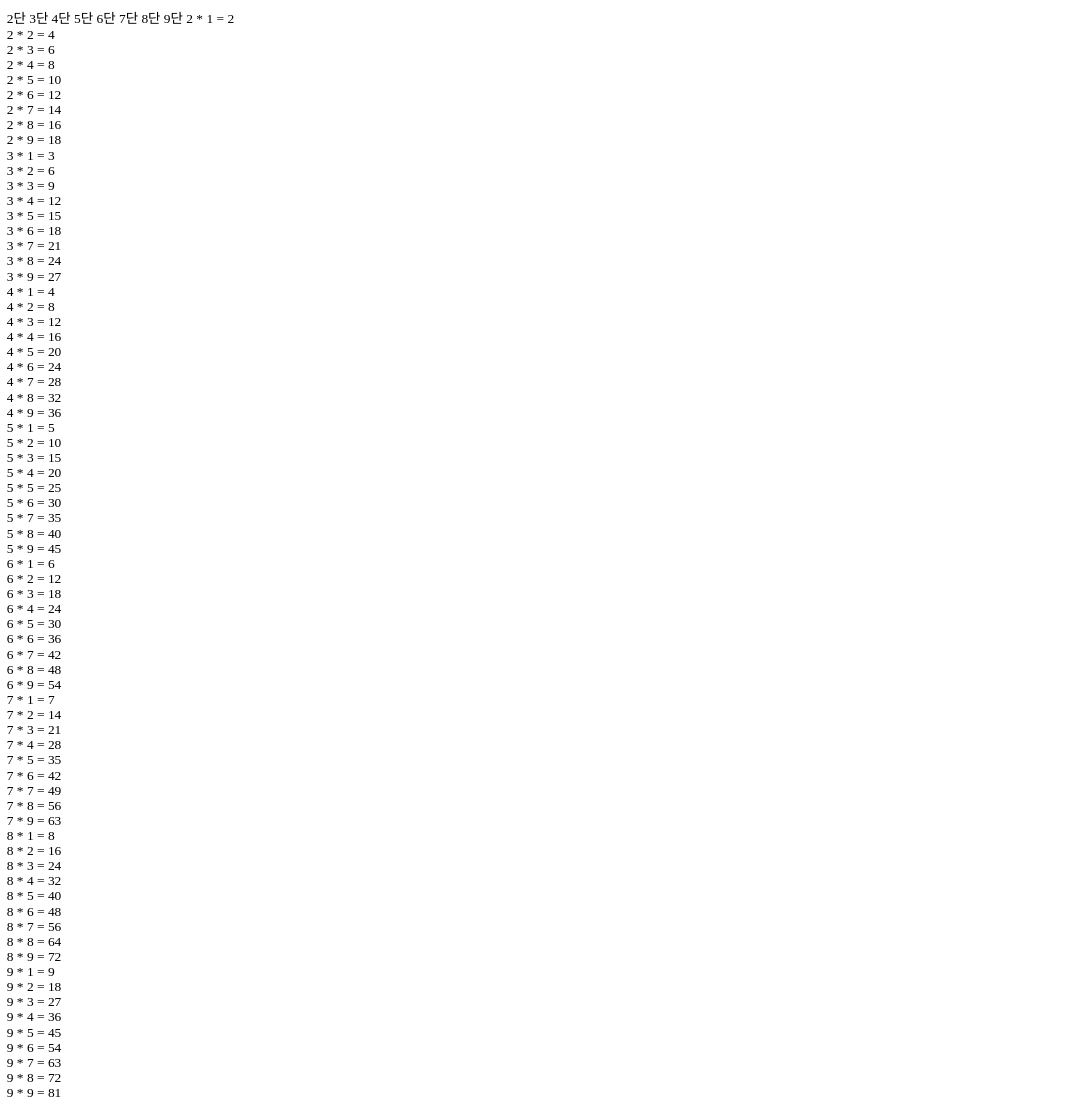
Repository: SongHyeSun/JSP
Page: http://localhost/och04/for02.jsp
An editor plug-in stored every save of this project. The page is shown before and after the next save, followed by the edit.
The browser window is 1280 px wide. The pictures show the whole page, at 84% of full size.
The page is served by Tomcat 9.

Above is the page before, as saved 2024-07-11 01:52:46.

After the next save:
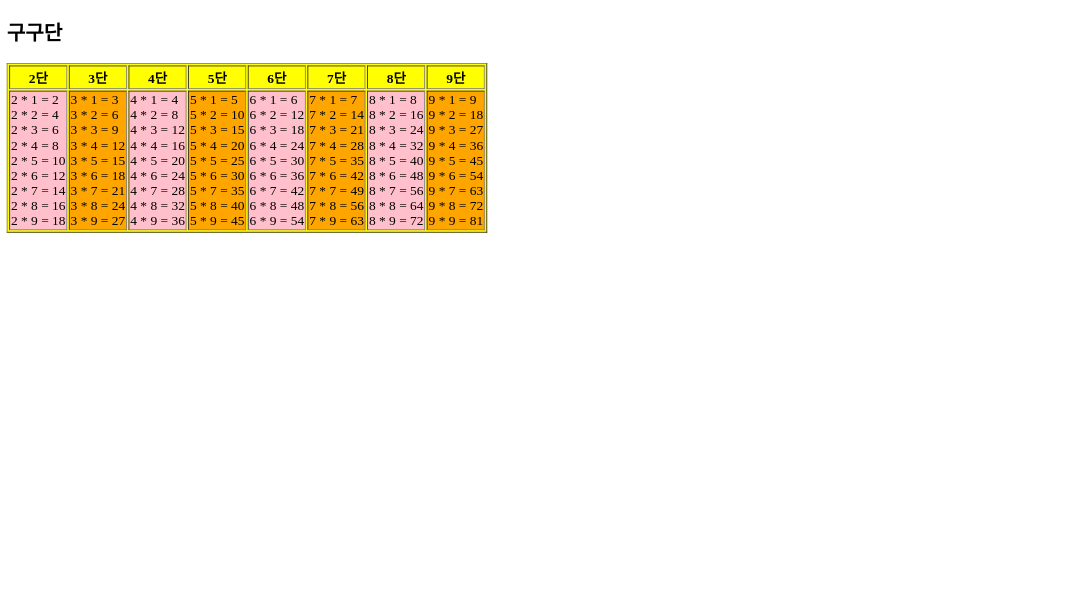
Saved 13 min 29 s later.
--- a/jspSrc17/och04/src/main/webapp/for02.jsp
+++ b/jspSrc17/och04/src/main/webapp/for02.jsp
@@ -7,6 +7,9 @@
 <title>Insert title here</title>
 </head>
 <body>
+	<h2>구구단</h2>
+	<table border="1" bgcolor="yellow">
+		<tr>
 <%
 	for (int i=2; i<=9; i++) {
 		out.println("<th>"+i+"단</th>");
@@ -23,5 +26,7 @@
 	}
 
 %>
+		</tr>
+	</table>
 </body>
 </html>
